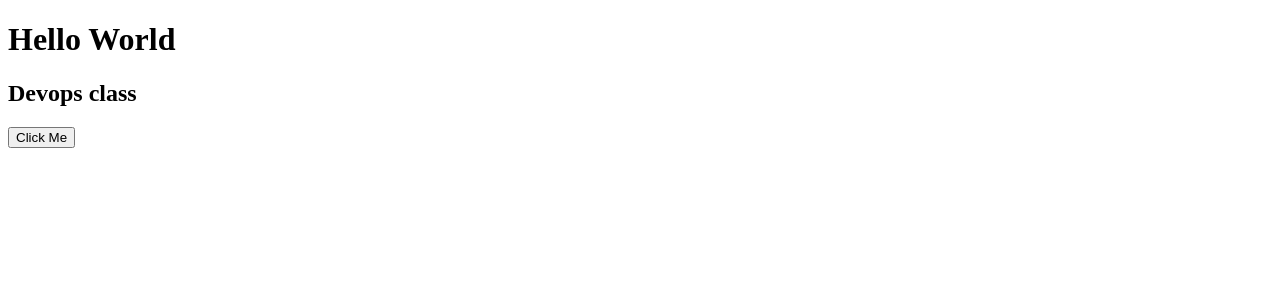
Repository: Abdulkareem025/Devops
Page: server/build/index.html
An editor plug-in stored every save of this project. The page is shown before and after a run of saves, followed by the edit.
The browser window is 1280 px wide. The pictures show the whole page.

Above is the page before, as saved 2025-11-07 12:56:05.

After the next 2 saves:
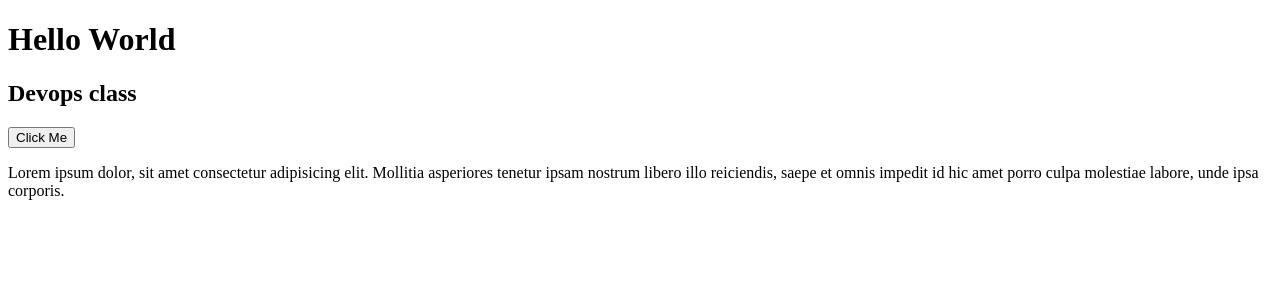
The 2 saves are shown as one change because they came seconds apart.
The last was saved 9 s later.
--- a/server/build/index.html
+++ b/server/build/index.html
@@ -10,7 +10,7 @@
         <h1>Hello World</h1>
         <h2>Devops class</h2>
         <button>Click Me</button>
-        <p>
+        <p>Lorem ipsum dolor, sit amet consectetur adipisicing elit. Mollitia asperiores tenetur ipsam nostrum libero illo reiciendis, saepe et omnis impedit id hic amet porro culpa molestiae labore, unde ipsa corporis.
         </p>
 
     </div>
